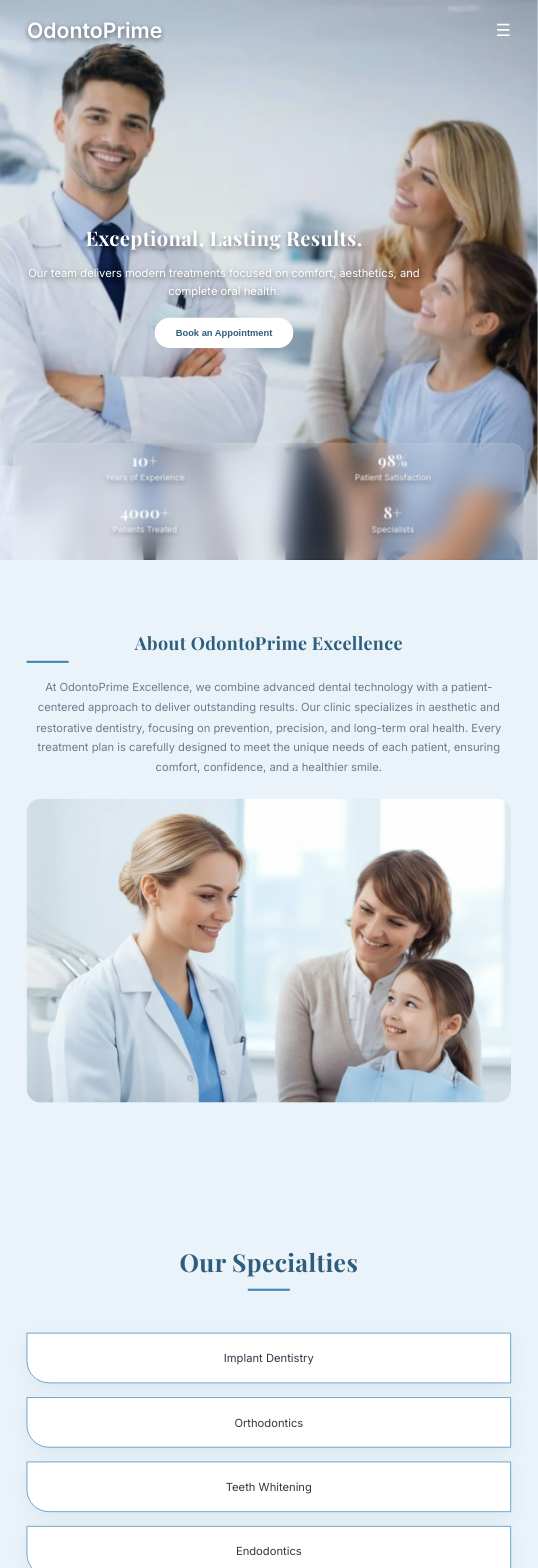
Repository: davidfsillva/OdontoPrime
Page: index.html
These files come from the project's save history. The page is drawn as it stood at one moment and after the next save; the edit follows.
The browser window is 768 px wide. The pictures show the part of the page from y = 0 to 2240 px (the page is 3846 px tall), at 70% of full size.

Above is the page before, as saved 2026-02-17 09:13:03.

After the next save:
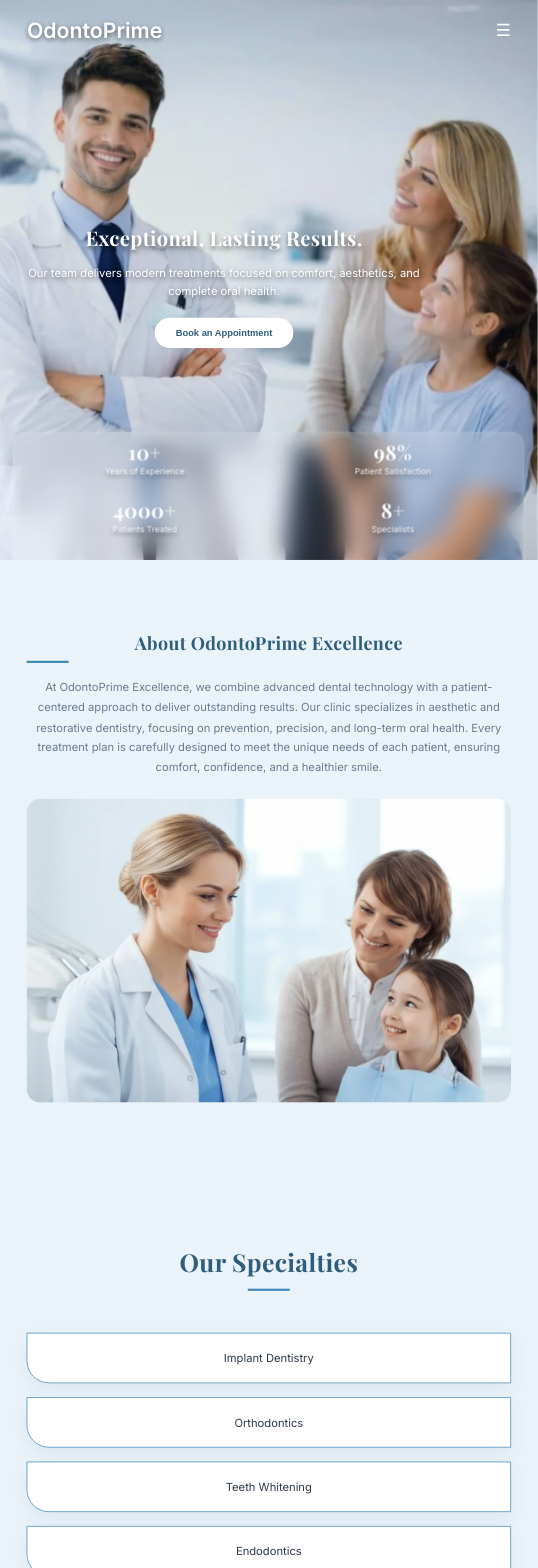
Saved 11 s later.
--- a/style.css
+++ b/style.css
@@ -646,7 +646,7 @@ footer{
     }
 
     .stat-item h2 {
-        font-size: 1.4rem;
+        font-size: 1.8rem;
     }
 
     .stat-item p {
